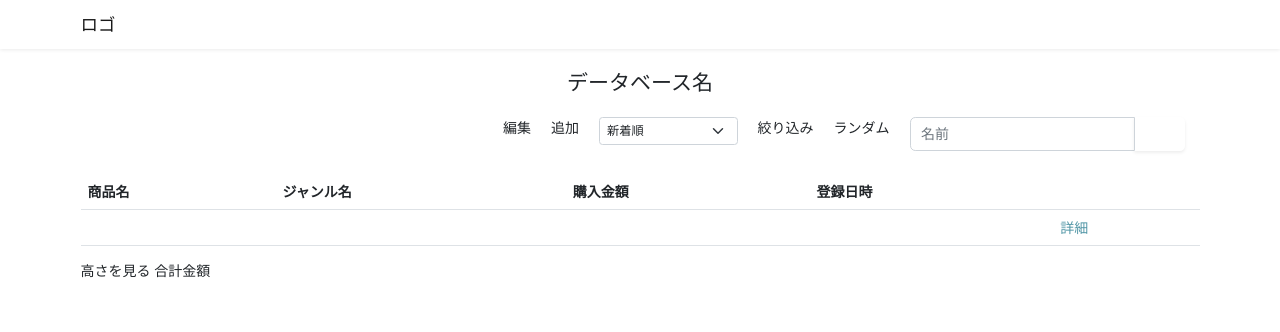
Repository: masa1228ew/original
Page: http://localhost/data/index
An editor plug-in stored every save of this project. The page is shown before and after the next save, followed by the edit.
The browser window is 1280 px wide. The pictures show the whole page.
The page is this project's Thymeleaf template; nobody is signed in. The template is opened directly, without the code that normally fills it, so the values that code supplies are empty.

Above is the page before, as saved 2025-01-15 02:11:22.

After the next save:
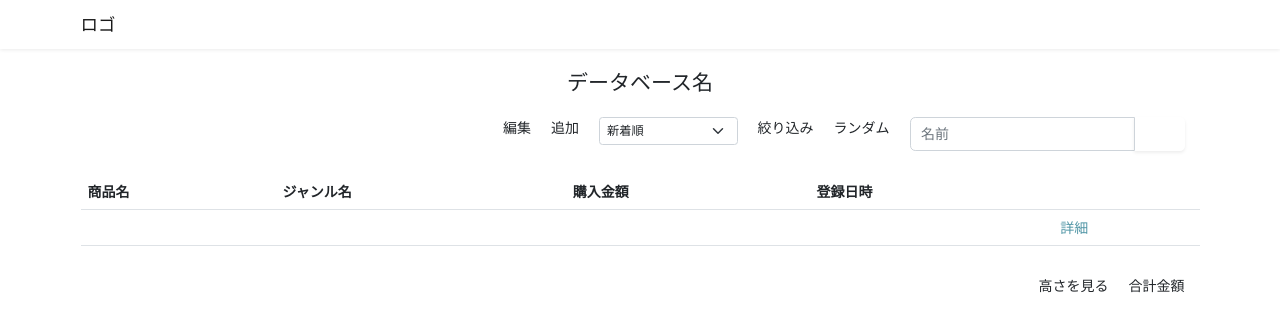
Saved 3 min 52 s later.
--- a/original/original/src/main/resources/templates/data/index.html
+++ b/original/original/src/main/resources/templates/data/index.html
@@ -77,10 +77,14 @@
                                    </tr>
                                </tbody>
                            </table>
+                           <div class=right>
                           <div>
                            <a>高さを見る</a>
+                          </div>
+                          <div>
                            <a>合計金額</a>
                           </div>
+                           </div>
 				</div>
 			</main>
 		</div>
